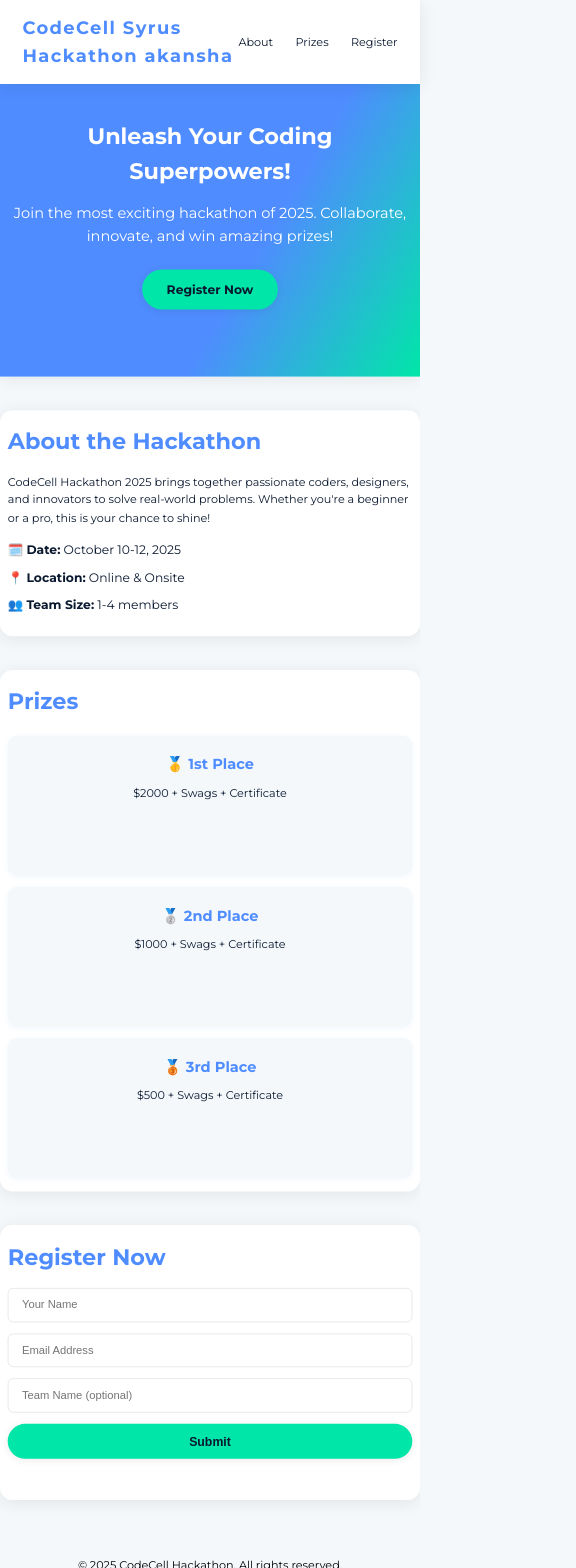
Repository: Akansha1425/codecell_mcp_test
Page: index.html
These files come from the project's save history. The page is drawn as it stood at one moment and after the next save; the edit follows.
The browser window is 600 px wide. The page is 600 px wide, then 823 px, so the pictures cover 823 px, including what lies to the right of the window. The pictures show the part of the page from y = 0 to 2240 px (the page is 2265 px tall before and 2879 px after), at 70% of full size.

Above is the page before, as saved 2025-08-26 21:26:27.

### index.html
<!DOCTYPE html>
<html lang="en">

<head>
    <meta charset="UTF-8">
    <meta name="viewport" content="width=device-width, initial-scale=1.0">
    <title>CodeCell Hackathon 2025</title>
    <link rel="stylesheet" href="style.css">
</head>

<body>
    <nav>
        <div class="logo">CodeCell Syrus Hackathon akansha</div>
        <ul>
            <li><a href="#about">About</a></li>
            <li><a href="#prizes">Prizes</a></li>
            <li><a href="#register">Register</a></li>
        </ul>
    </nav>
    <header>
        <div class="header-content">
            <h1>Unleash Your Coding Superpowers!</h1>
            <p>Join the most exciting hackathon of 2025. Collaborate, innovate, and win amazing prizes!</p>
            <a href="#register" class="cta-btn">Register Now</a>
        </div>
    </header>
    <section id="about">
        <h2>About the Hackathon</h2>
        <p>
            CodeCell Hackathon 2025 brings together passionate coders, designers, and innovators to solve real-world
            problems. Whether you're a beginner or a pro, this is your chance to shine!
        </p>
        <ul class="highlights">
            <li>🗓️ <strong>Date:</strong> October 10-12, 2025</li>
            <li>📍 <strong>Location:</strong> Online & Onsite</li>
            <li>👥 <strong>Team Size:</strong> 1-4 members</li>
        </ul>
    </section>
    <section id="prizes">
        <h2>Prizes</h2>
        <div class="prize-cards">
            <div class="prize-card">
                <h3>🥇 1st Place</h3>
                <p>$2000 + Swags + Certificate</p>
            </div>
            <div class="prize-card">
                <h3>🥈 2nd Place</h3>
                <p>$1000 + Swags + Certificate</p>
            </div>
            <div class="prize-card">
                <h3>🥉 3rd Place</h3>
                <p>$500 + Swags + Certificate</p>
            </div>
        </div>
    </section>
    <section id="register">
        <h2>Register Now</h2>
        <form id="registrationForm">
            <input type="text" name="name" placeholder="Your Name" required>
            <input type="email" name="email" placeholder="Email Address" required>
            <input type="text" name="team" placeholder="Team Name (optional)">
            <button type="submit" class="cta-btn">Submit</button>
        </form>
        <div id="form-message"></div>
    </section>
    <footer>
        <p>&copy; 2025 CodeCell Hackathon. All rights reserved.</p>
    </footer>
    <script src="script.js"></script>
</body>

</html>

### style.css
@import url('https://fonts.googleapis.com/css2?family=Montserrat:wght@700;400&display=swap');

:root {
    --primary: #4f8cff;
    --secondary: #0a192f;
    --accent: #00e6a8;
    --bg: #f4f8fb;
    --white: #fff;
    --shadow: 0 4px 24px rgba(0,0,0,0.08);
}

* {
    box-sizing: border-box;
    margin: 0;
    padding: 0;
}

body {
    font-family: 'Montserrat', Arial, sans-serif;
    background: var(--bg);
    color: var(--secondary);
    line-height: 1.6;
}

nav {
    background: var(--white);
    box-shadow: var(--shadow);
    display: flex;
    justify-content: space-between;
    align-items: center;
    padding: 1.2rem 2rem;
    position: sticky;
    top: 0;
    z-index: 10;
}

.logo {
    font-size: 1.6rem;
    font-weight: 700;
    color: var(--primary);
    letter-spacing: 2px;
}

nav ul {
    list-style: none;
    display: flex;
    gap: 2rem;
}

nav a {
    text-decoration: none;
    color: var(--secondary);
    font-weight: 500;
    transition: color 0.2s;
}

nav a:hover {
    color: var(--primary);
}

header {
    background: linear-gradient(120deg, var(--primary) 60%, var(--accent) 100%);
    color: var(--white);
    padding: 5rem 2rem 6rem 2rem;
    text-align: center;
    box-shadow: var(--shadow);
}

.header-content h1 {
    font-size: 3rem;
    margin-bottom: 1rem;
    font-weight: 700;
}

.header-content p {
    font-size: 1.3rem;
    margin-bottom: 2rem;
}

.cta-btn {
    background: var(--accent);
    color: var(--secondary);
    padding: 0.9rem 2.2rem;
    border: none;
    border-radius: 30px;
    font-size: 1.1rem;
    font-weight: 700;
    cursor: pointer;
    box-shadow: 0 2px 12px rgba(0,0,0,0.08);
    transition: background 0.2s, color 0.2s;
    text-decoration: none;
    display: inline-block;
}

.cta-btn:hover {
    background: var(--white);
    color: var(--primary);
}

section {
    max-width: 900px;
    margin: 3rem auto;
    background: var(--white);
    padding: 2.5rem 2rem;
    border-radius: 18px;
    box-shadow: var(--shadow);
}

section h2 {
    font-size: 2rem;
    margin-bottom: 1.2rem;
    color: var(--primary);
    font-weight: 700;
}

.highlights {
    margin-top: 1.2rem;
    list-style: none;
    padding-left: 0;
}

.highlights li {
    font-size: 1.1rem;
    margin-bottom: 0.7rem;
}

.prize-cards {
    display: flex;
    gap: 2rem;
    justify-content: center;
    flex-wrap: wrap;
    margin-top: 1.5rem;
}

.prize-card {
    background: var(--bg);
    border-radius: 14px;
    box-shadow: 0 2px 8px rgba(79,140,255,0.08);
    padding: 1.5rem 2rem;
    min-width: 180px;
    text-align: center;
    flex: 1 1 200px;
}

.prize-card h3 {
    font-size: 1.3rem;
    margin-bottom: 0.7rem;
    color: var(--primary);
}

form {
    display: flex;
    flex-direction: column;
    gap: 1rem;
    margin-top: 1.2rem;
}

form input, form button {
    padding: 0.9rem 1.2rem;
    border-radius: 8px;
    border: 1px solid #e0e0e0;
    font-size: 1rem;
}

form input:focus {
    outline: 2px solid var(--primary);
    border-color: var(--primary);
}

form button {
    background: var(--primary);
    color: var(--white);
    border: none;
    font-weight: 700;
    cursor: pointer;
    transition: background 0.2s;
}

form button:hover {
    background: var(--accent);
    color: var(--secondary);
}

#form-message {
    margin-top: 1rem;
    font-weight: 600;
    color: var(--primary);
    min-height: 24px;
}

footer {
    text-align: center;
    padding: 2rem 0 1rem 0;
    color: black;
    font-size: 1rem;
    margin-top: 2rem;
}

@media (max-width: 700px) {
    header {
        padding: 3rem 1rem 6rem 1rem;
    }
    .header-content h1 {
        font-size: 2rem;
    }
    section {
        padding: 1.2rem 0.7rem;
    }
    .prize-cards {
        flex-direction: column;
        gap: 1rem;
    }
}

### script.js
document.getElementById('registrationForm').addEventListener('submit', function(e) {
    e.preventDefault();
    const name = this.name.value.trim();
    const email = this.email.value.trim();
    const team = this.team.value.trim();
    const messageDiv = document.getElementById('form-message');

    if (!name || !email) {
        messageDiv.textContent = "Please fill in all required fields.";
        messageDiv.style.color = "#ff4f4f";
        return;
    }

    // Simulate successful registration
    messageDiv.textContent = `Thank you, ${name}! Your registration has been received.`;
    messageDiv.style.color = "#00b894";
    this.reset();
});

After the next save:
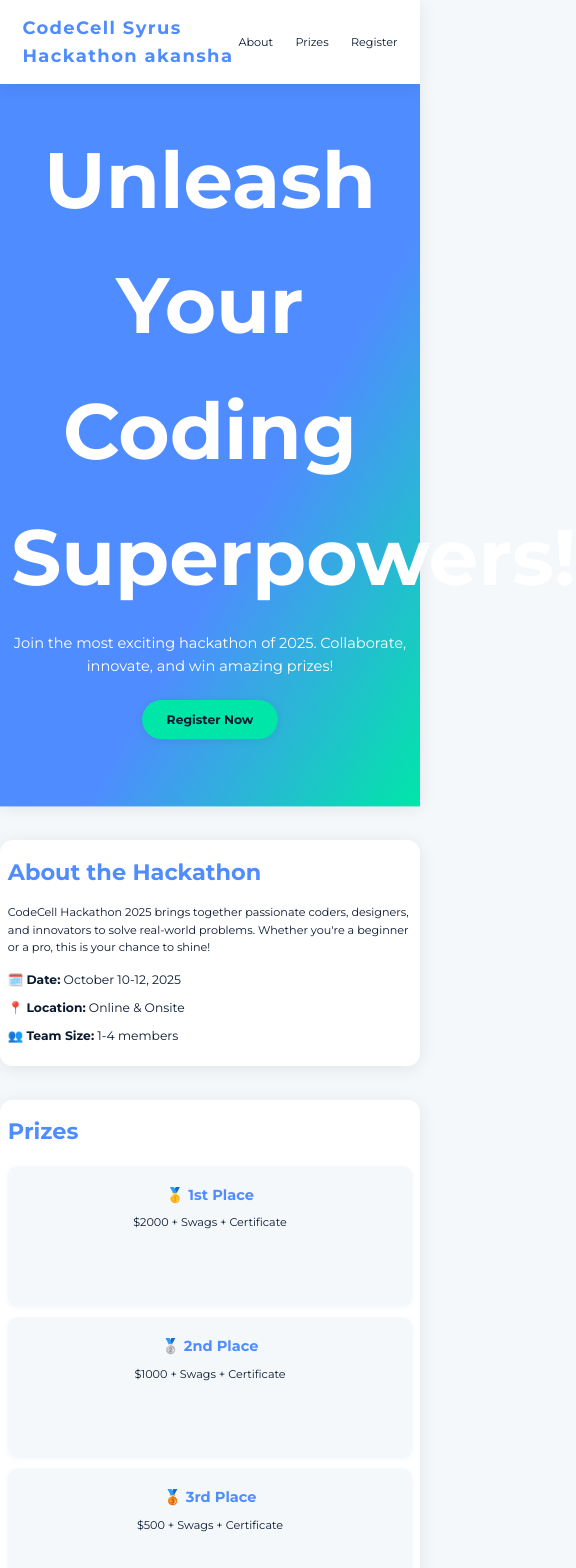
Saved 6 min 31 s later.
--- a/style.css
+++ b/style.css
@@ -201,7 +201,7 @@ footer {
         padding: 3rem 1rem 6rem 1rem;
     }
     .header-content h1 {
-        font-size: 2rem;
+        font-size: 7rem;
     }
     section {
         padding: 1.2rem 0.7rem;
